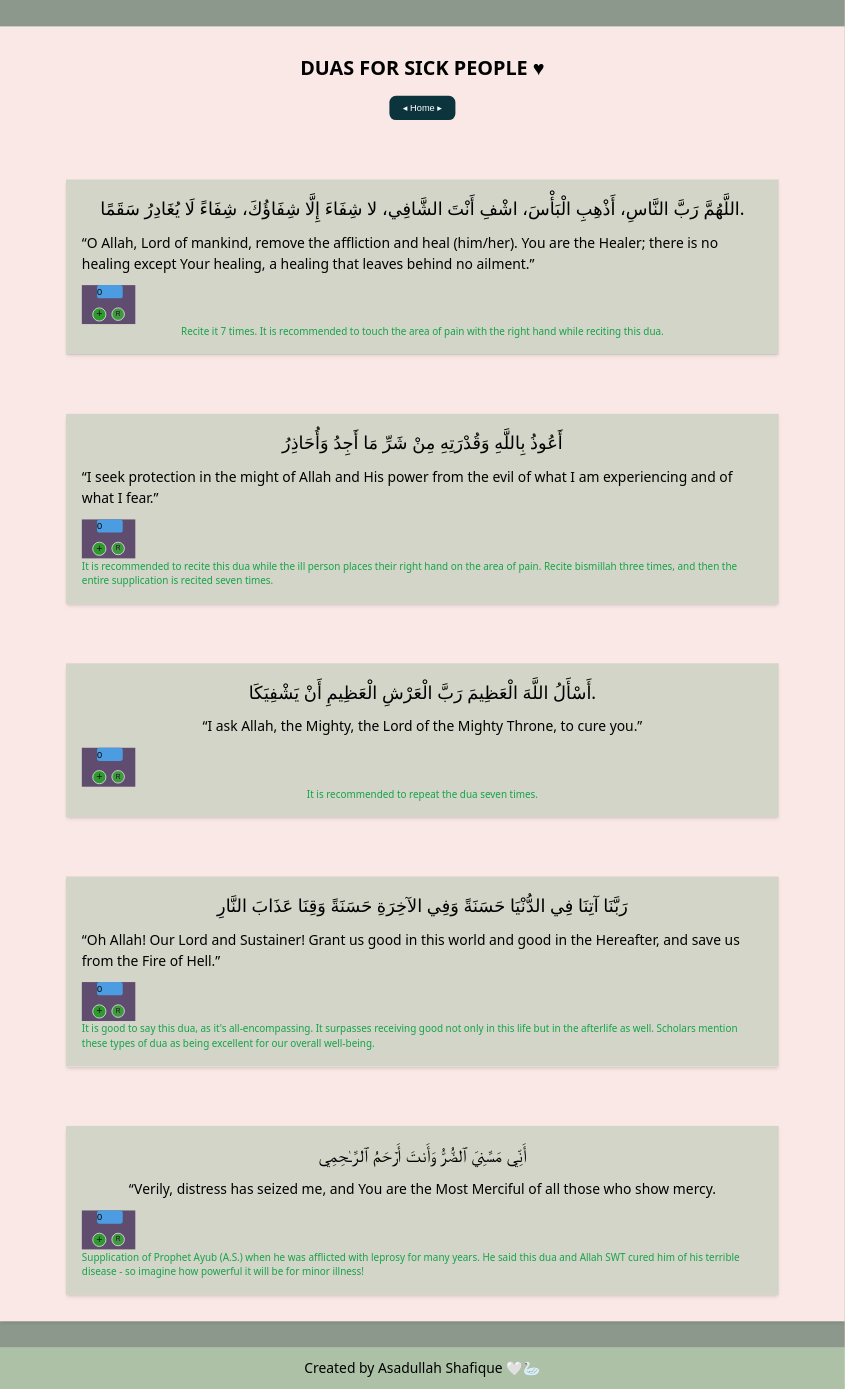
Repository: asadullah48/Duas_Diary
Page: /sick
These files come from the project's save history. The page is drawn as it stood at one moment and after a run of saves; the edit follows.
The browser window is 1280 px wide. The pictures show the whole page, at 66% of full size.
The project was rebuilt for these pictures with package versions that can differ from the ones it lists, and the page was loaded fresh each time. The framework's server and built-in components were replaced by stand-ins that run in the browser. Also part of the build but not shown: next.config.ts.

Above is the page before, as saved 2024-11-30 10:23:54.

After the next 2 saves:
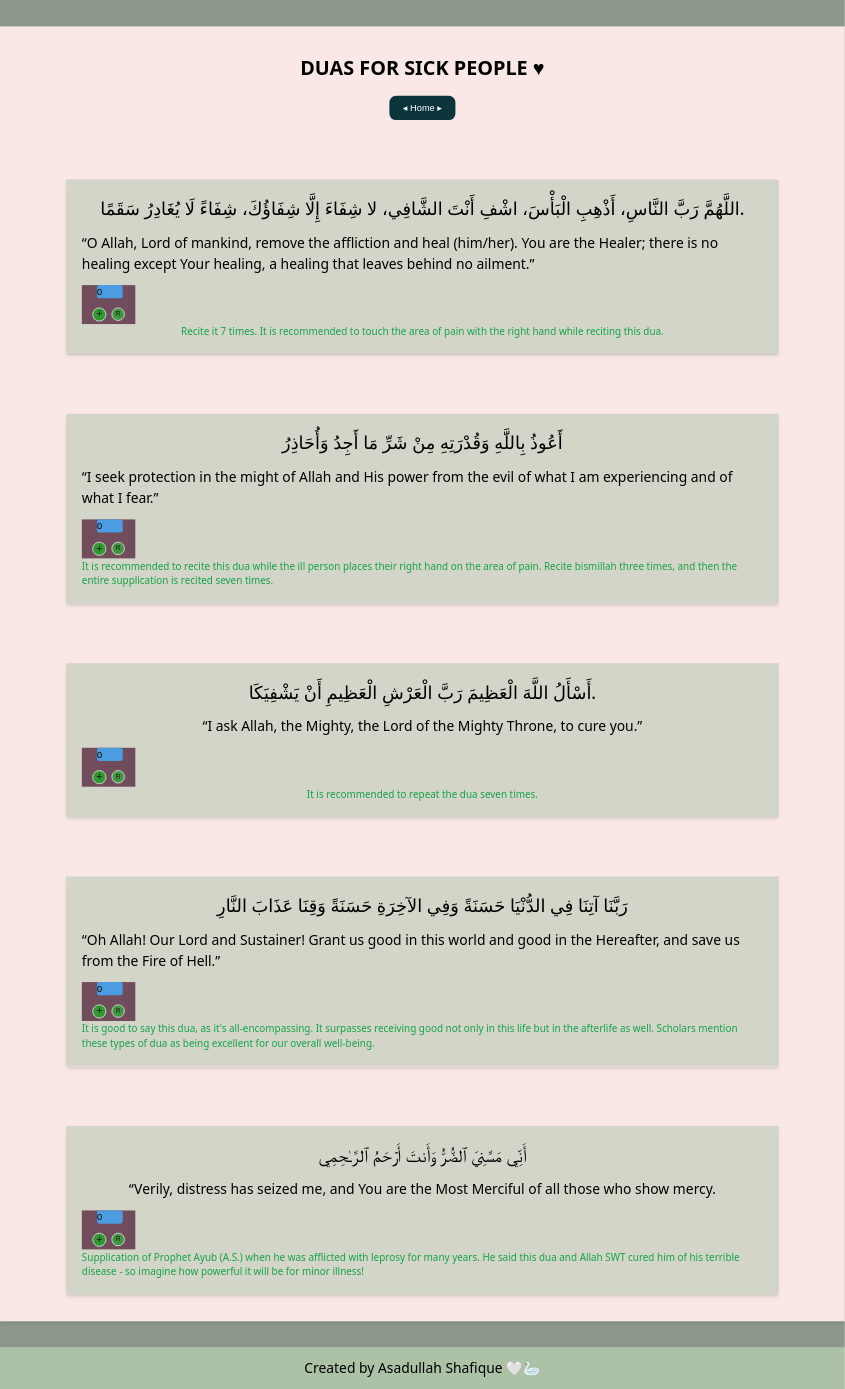
The 2 saves are shown as one change because they came seconds apart.
The last was saved 7 s later.
--- a/src/components/button.tsx
+++ b/src/components/button.tsx
@@ -16,7 +16,7 @@ export default function Button() {
   };
 
   return (
-    <div className="bg-[#270741a8] w-[81px] h-[59px] flex flex-col items-center justify-between">
+    <div className="bg-[#410727a8] w-[81px] h-[59px] flex flex-col items-center justify-between">
       <p className="text-black w-[39px] flex text-sm bg-[#4c9ce2] rounded ml-1">
         {count}
       </p>
